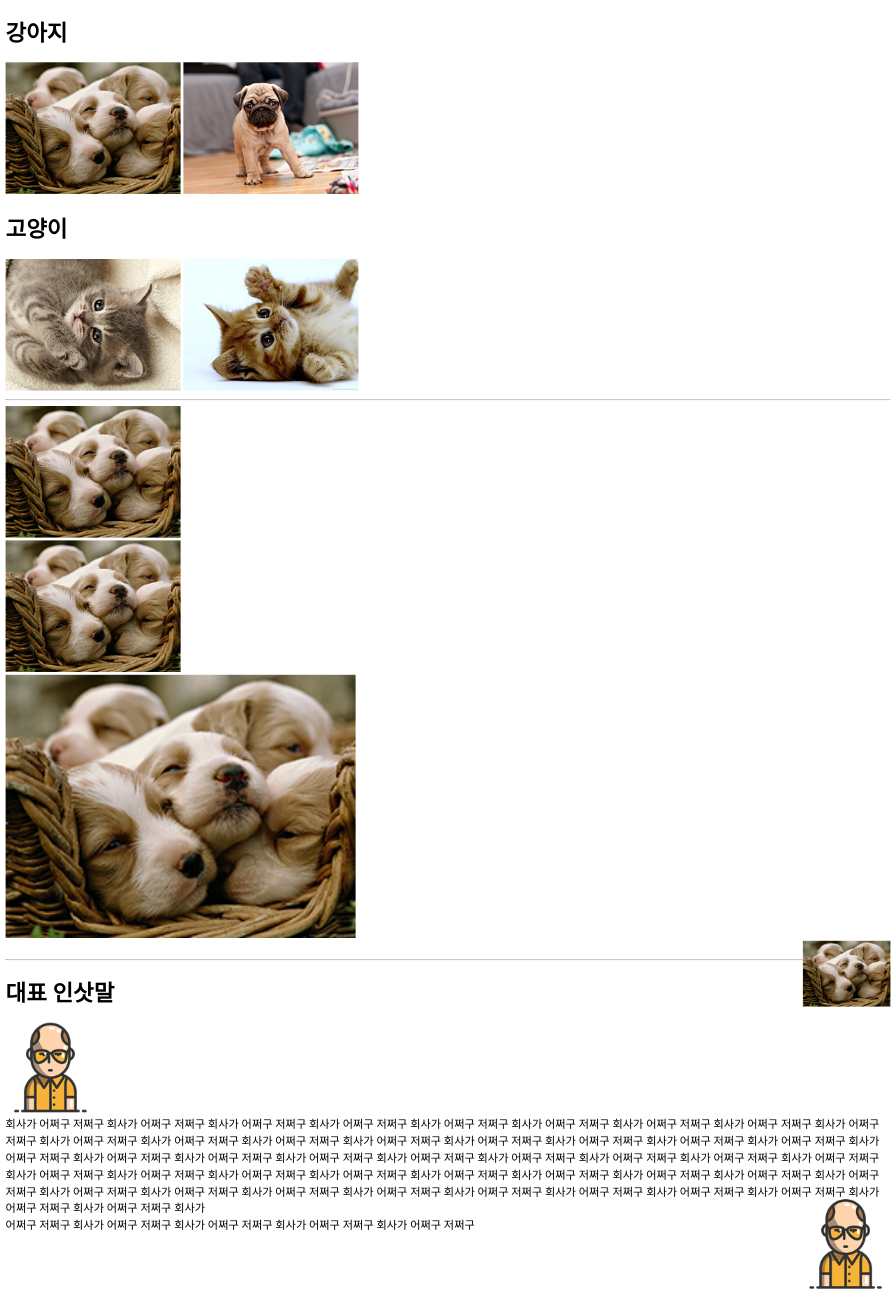
Repository: kmd192kmd/Web
Page: html/HtmlTest/src/main/webapp/ex12_image.html
An editor plug-in stored every save of this project. The page is shown before and after the next save, followed by the edit.
The browser window is 1280 px wide. The pictures show the whole page, at 70% of full size.

Above is the page before, as saved 2026-02-13 03:46:24.

### html/HtmlTest/src/main/webapp/ex12_image.html
<!DOCTYPE html>
<html>
<head>
<meta charset="UTF-8">
<title>Insert title here</title>
</head>
<body>
	<!--

		<img>, Image
		- 이미지를 출력하는 태그
		- 단독 태그
		- 인라인 태그


		img.src
			- 이미지 경로 URL

		img.alt
			- Alternate Text
			- 대체 텍스트
			- 이미지를 설명하는 텍스트(메타 데이터)
			- 필수 속성
			- 장애인용 텍스트
			- 이미지 검색용

	 -->

	 <h1>강아지</h1>

	 <img src="images/dog01.jpg" alt="강아지 오형제">
	 <img src="images/dog02.jpg">

	 <h1>고양이</h1>

	 <img src="images/cat01.jpg">
	 <img src="images/cat02.jpg">

	 <hr>
	  <img src="images/dog01.jpg"><br>
	  <img src="images/dog01.jpg" width="250" height="188"><br>
	  <img src="images/dog01.jpg" width="500" height="376"><br>
	  <img src="images/dog01.jpg" width="125" height="94" align="right"><br>

	 <hr>

	 <h1>대표 인삿말</h1>
	 <div>
	  <img src="images/man_01.png"><br>
	 회사가 어쩌구 저쩌구 회사가 어쩌구 저쩌구 회사가 어쩌구 저쩌구 회사가 어쩌구 저쩌구 회사가 어쩌구 저쩌구 회사가 어쩌구 저쩌구 회사가 어쩌구 저쩌구 회사가 어쩌구 저쩌구 회사가 어쩌구 저쩌구 회사가 어쩌구 저쩌구
	 회사가 어쩌구 저쩌구 회사가 어쩌구 저쩌구 회사가 어쩌구 저쩌구 회사가 어쩌구 저쩌구 회사가 어쩌구 저쩌구 회사가 어쩌구 저쩌구 회사가 어쩌구 저쩌구 회사가 어쩌구 저쩌구 회사가 어쩌구 저쩌구 회사가 어쩌구 저쩌구
	 회사가 어쩌구 저쩌구 회사가 어쩌구 저쩌구 회사가 어쩌구 저쩌구 회사가 어쩌구 저쩌구 회사가 어쩌구 저쩌구 회사가 어쩌구 저쩌구 회사가 어쩌구 저쩌구 회사가 어쩌구 저쩌구 회사가 어쩌구 저쩌구 회사가 어쩌구 저쩌구
	 회사가 어쩌구 저쩌구 회사가 어쩌구 저쩌구 회사가 어쩌구 저쩌구 회사가 어쩌구 저쩌구 회사가 어쩌구 저쩌구 회사가 어쩌구 저쩌구 회사가 어쩌구 저쩌구 회사가 어쩌구 저쩌구 회사가 어쩌구 저쩌구 회사가 어쩌구 저쩌구
	 회사가 어쩌구 저쩌구 회사가 어쩌구 저쩌구 회사가 어쩌구 저쩌구 회사가 어쩌구 저쩌구 회사가 어쩌구 저쩌구 회사가 <img src="images/man_01.png" align="right"><br>어쩌구 저쩌구 회사가 어쩌구 저쩌구 회사가 어쩌구 저쩌구
	 회사가 어쩌구 저쩌구 회사가 어쩌구 저쩌구

	 </div>

</body>
</html>

After the next save:
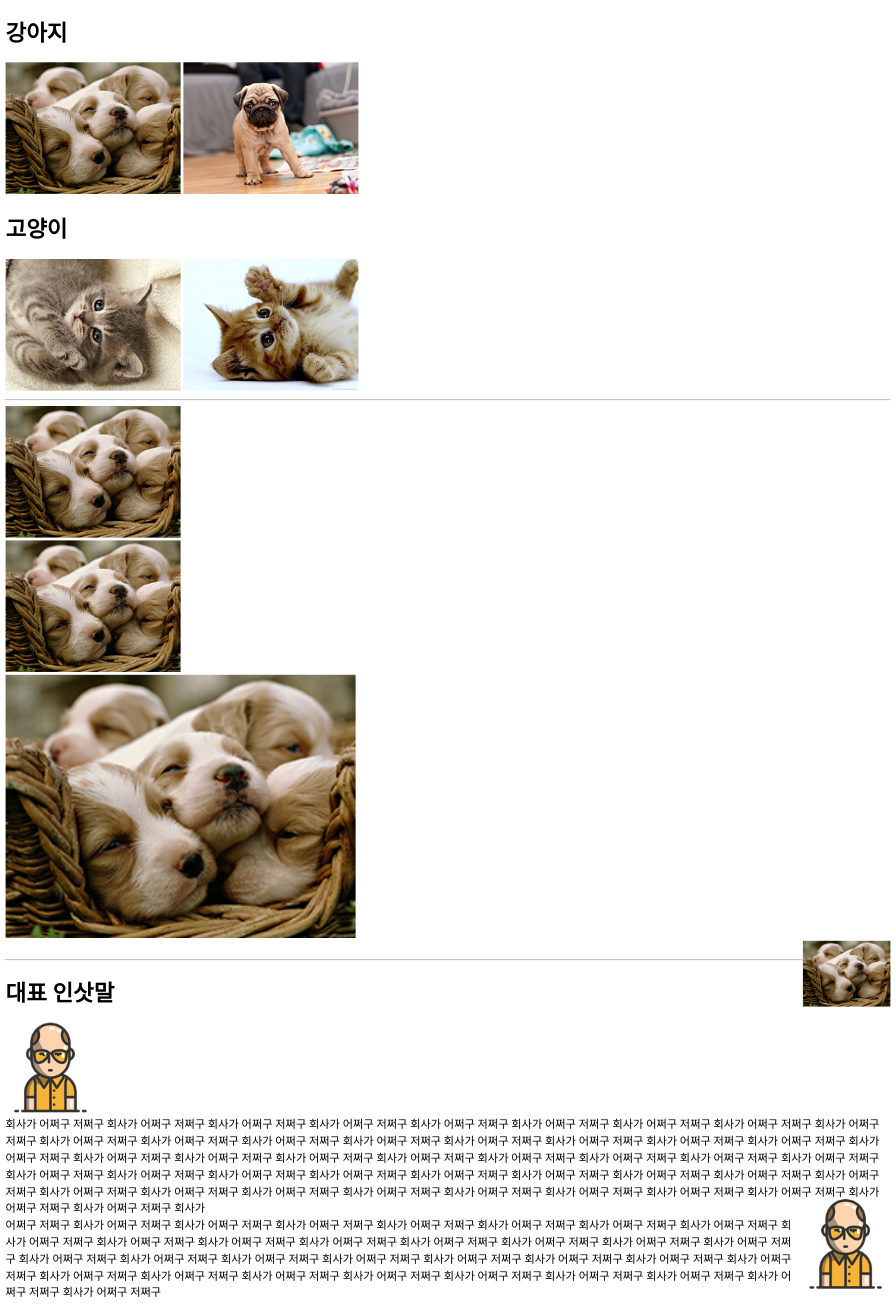
Saved 21 s later.
--- a/html/HtmlTest/src/main/webapp/ex12_image.html
+++ b/html/HtmlTest/src/main/webapp/ex12_image.html
@@ -52,7 +52,9 @@
 	 회사가 어쩌구 저쩌구 회사가 어쩌구 저쩌구 회사가 어쩌구 저쩌구 회사가 어쩌구 저쩌구 회사가 어쩌구 저쩌구 회사가 어쩌구 저쩌구 회사가 어쩌구 저쩌구 회사가 어쩌구 저쩌구 회사가 어쩌구 저쩌구 회사가 어쩌구 저쩌구
 	 회사가 어쩌구 저쩌구 회사가 어쩌구 저쩌구 회사가 어쩌구 저쩌구 회사가 어쩌구 저쩌구 회사가 어쩌구 저쩌구 회사가 어쩌구 저쩌구 회사가 어쩌구 저쩌구 회사가 어쩌구 저쩌구 회사가 어쩌구 저쩌구 회사가 어쩌구 저쩌구
 	 회사가 어쩌구 저쩌구 회사가 어쩌구 저쩌구 회사가 어쩌구 저쩌구 회사가 어쩌구 저쩌구 회사가 어쩌구 저쩌구 회사가 <img src="images/man_01.png" align="right"><br>어쩌구 저쩌구 회사가 어쩌구 저쩌구 회사가 어쩌구 저쩌구
-	 회사가 어쩌구 저쩌구 회사가 어쩌구 저쩌구
+	 회사가 어쩌구 저쩌구 회사가 어쩌구 저쩌구 회사가 어쩌구 저쩌구 회사가 어쩌구 저쩌구 회사가 어쩌구 저쩌구 회사가 어쩌구 저쩌구 회사가 어쩌구 저쩌구 회사가 어쩌구 저쩌구 회사가 어쩌구 저쩌구 회사가 어쩌구 저쩌구
+	 회사가 어쩌구 저쩌구 회사가 어쩌구 저쩌구 회사가 어쩌구 저쩌구 회사가 어쩌구 저쩌구 회사가 어쩌구 저쩌구 회사가 어쩌구 저쩌구 회사가 어쩌구 저쩌구 회사가 어쩌구 저쩌구 회사가 어쩌구 저쩌구 회사가 어쩌구 저쩌구
+	 회사가 어쩌구 저쩌구 회사가 어쩌구 저쩌구 회사가 어쩌구 저쩌구 회사가 어쩌구 저쩌구 회사가 어쩌구 저쩌구 회사가 어쩌구 저쩌구 회사가 어쩌구 저쩌구 회사가 어쩌구 저쩌구 회사가 어쩌구 저쩌구 회사가 어쩌구 저쩌구
 
 	 </div>
 
